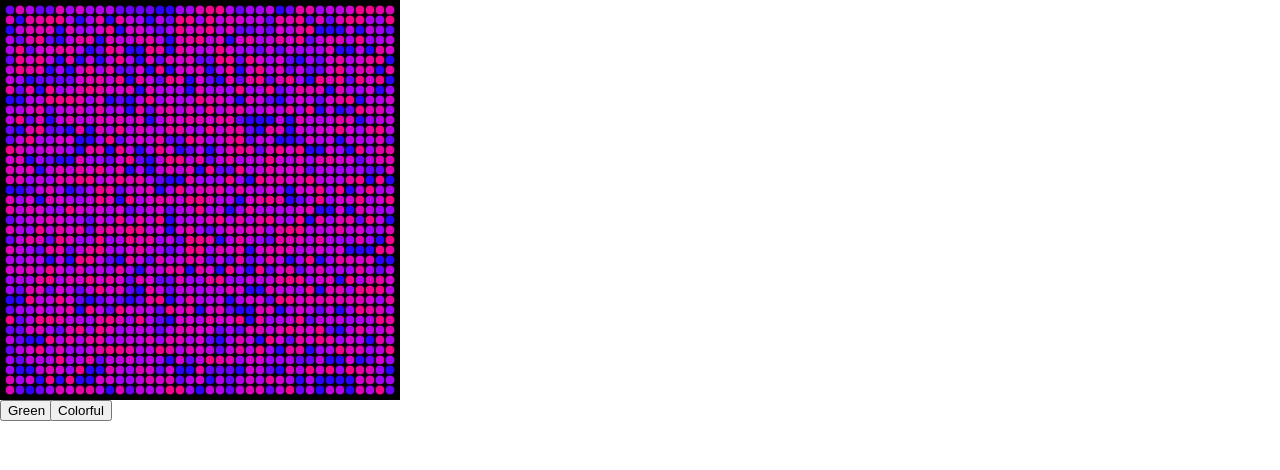
Repository: patriciqa/GenComp
Page: content/day02/pattern/index.html
These files come from the project's save history. The page is drawn as it stood at one moment and after the next save; the edit follows.
The browser window is 1280 px wide. The pictures show the whole page.

Above is the page before, as saved 2021-09-30 11:57:42.

After the next save:
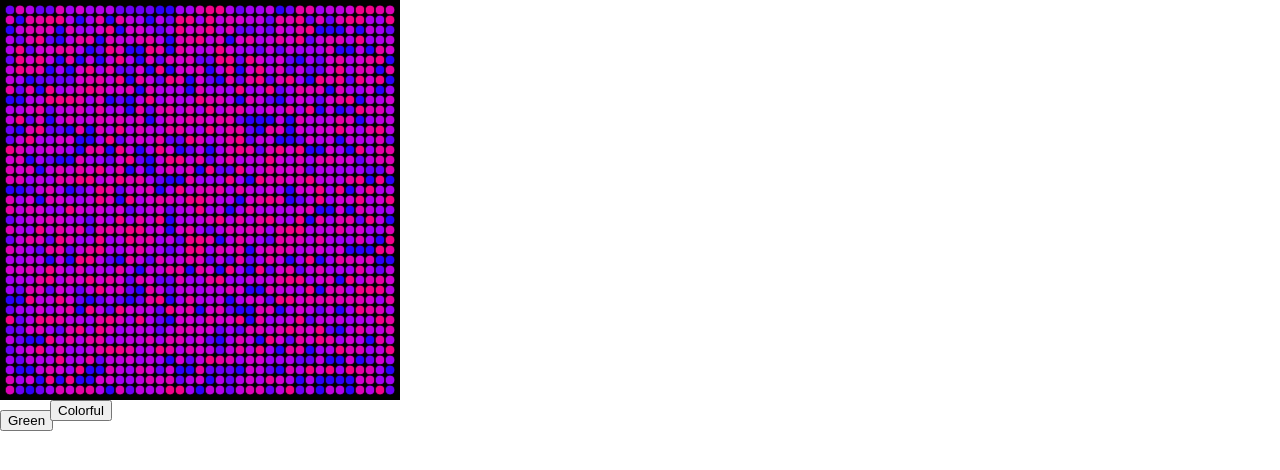
Saved 8 s later.
--- a/content/day02/pattern/circlePattern.js
+++ b/content/day02/pattern/circlePattern.js
@@ -30,7 +30,7 @@ function setup() {
   stroke(0)
   frameRate(5)
   greenbButton = createButton('Green');
-  greenbButton.position(0, 400);
+  greenbButton.position(0, 410);
   greenbButton.mousePressed(changeColor('green'));
   colorButton = createButton('Colorful');
   colorButton.position(50, 400);
